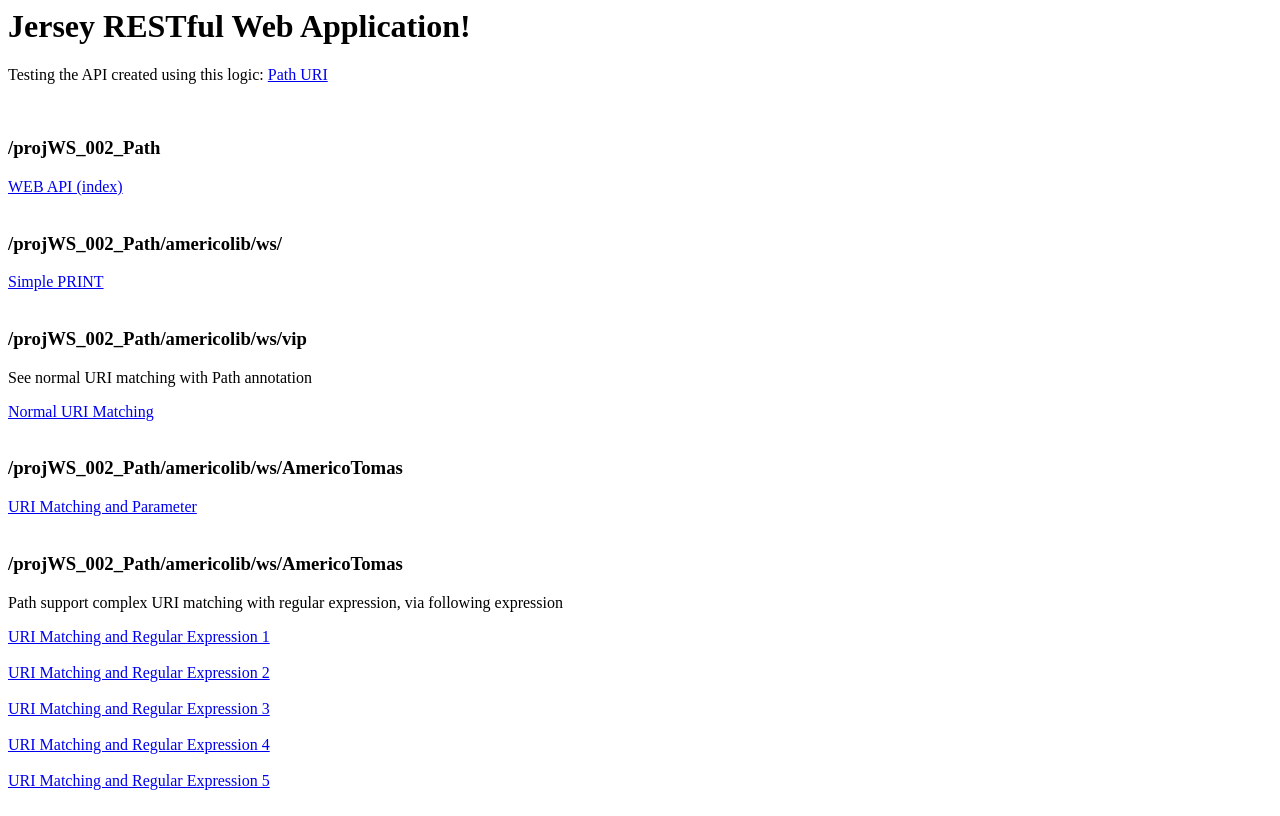
Repository: atafs/BackEnd_JAX-RS_REST_2continue
Page: http://localhost/projWS_002_Path/
These files come from the project's save history. The page is drawn as it stood at one moment and after the next save; the edit follows.
The browser window is 1280 px wide. The pictures show the whole page.
The page is served by Tomcat 9.

Above is the page before, as saved 2016-05-02 11:24:57.

After the next save:
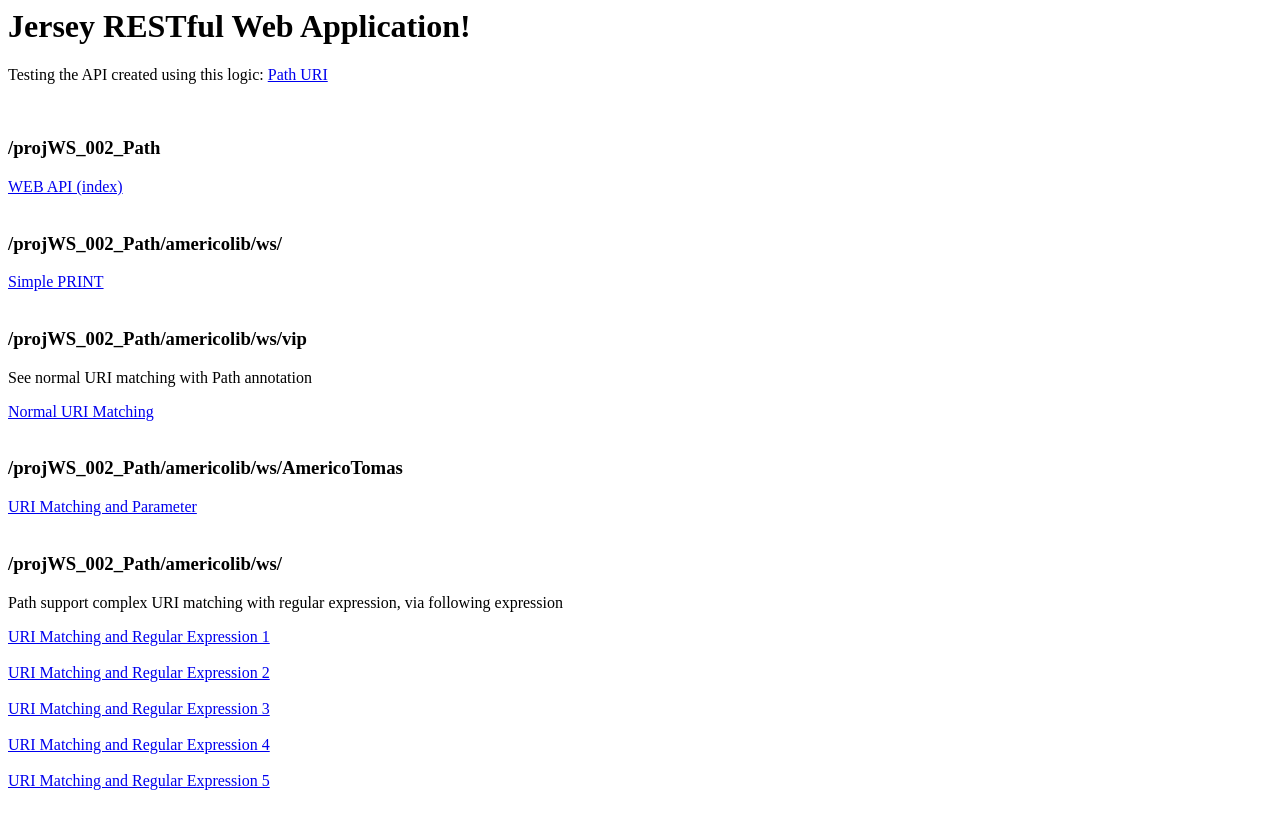
Saved 87 s later.
--- a/projWS_002_Path/src/main/webapp/index.jsp
+++ b/projWS_002_Path/src/main/webapp/index.jsp
@@ -23,7 +23,7 @@
 	<h3>/projWS_002_Path/americolib/ws/AmericoTomas</h3>
 	<a href="http://localhost:8085/projWS_002_Path/americolib/ws/AmericoTomas">URI Matching and Parameter</a><br/><br/>
 
-	<h3>/projWS_002_Path/americolib/ws/AmericoTomas</h3>
+	<h3>/projWS_002_Path/americolib/ws/<params></h3>
 	<p>Path support complex URI matching with regular expression, via following expression</p>
 	<a href="http://localhost:8085/projWS_002_Path/americolib/ws/999">URI Matching and Regular Expression 1</a><br/><br/>
 	<a href="http://localhost:8085/projWS_002_Path/americolib/ws/123456">URI Matching and Regular Expression 2</a><br/><br/>
